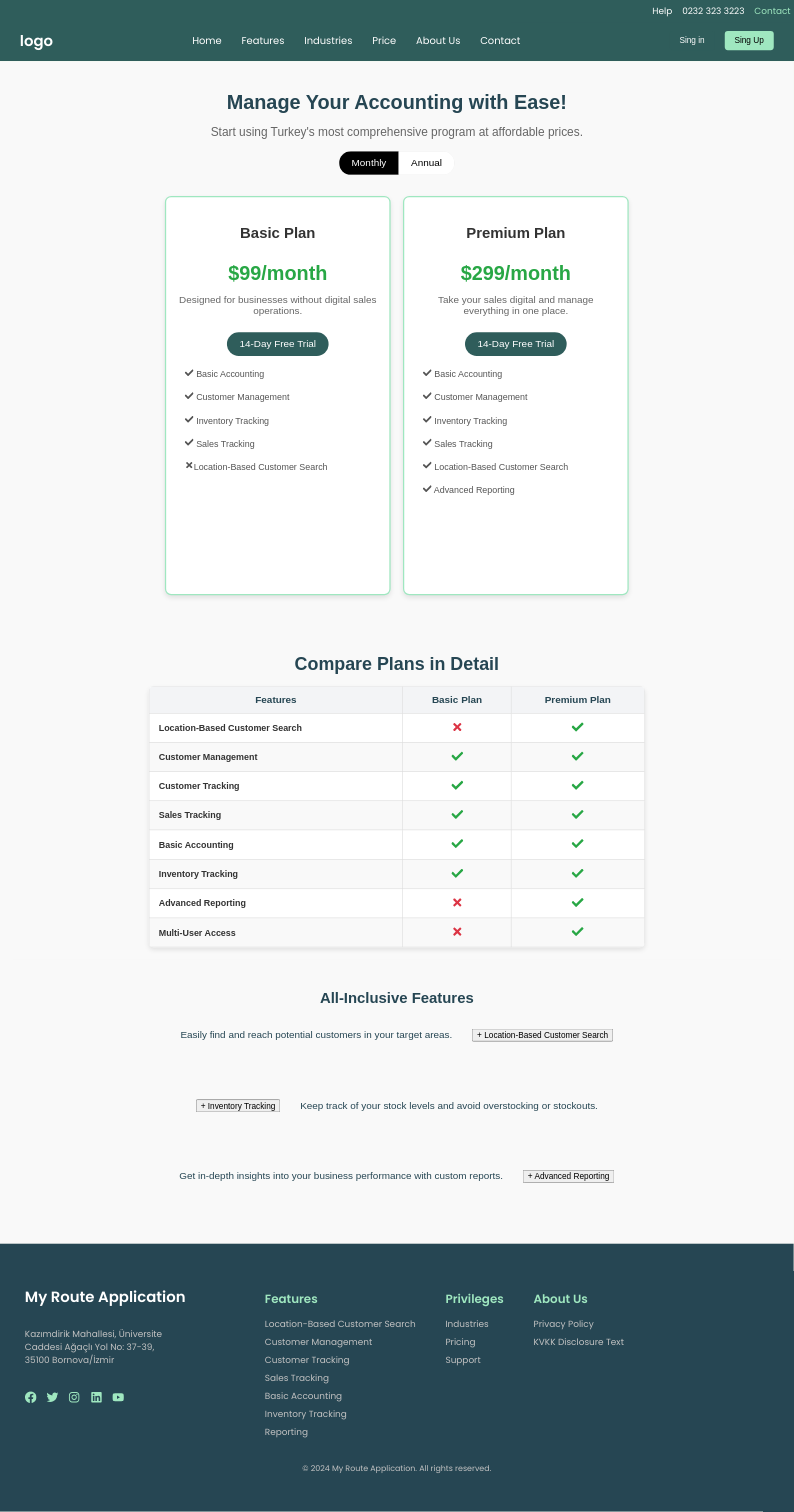
Repository: senolinanyasar/myrouteapplication
Page: /pricing
These files come from the project's save history. The page is drawn as it stood at one moment and after the next save; the edit follows.
The browser window is 1280 px wide. The pictures show the whole page, at 62% of full size.
The project was rebuilt for these pictures with package versions that can differ from the ones it lists, and the page was loaded fresh each time. Also part of the build but not shown: vite.config.js, src/components/HeroSection.css, src/components/HeroSection.js, src/components/FeaturesSection.js, src/components/PricingSection.css, src/components/PricingSection.js, src/components/SupportSection.css, src/components/SupportSection.js and 3 more.

Above is the page before, as saved 2024-11-16 22:11:32.

After the next save:
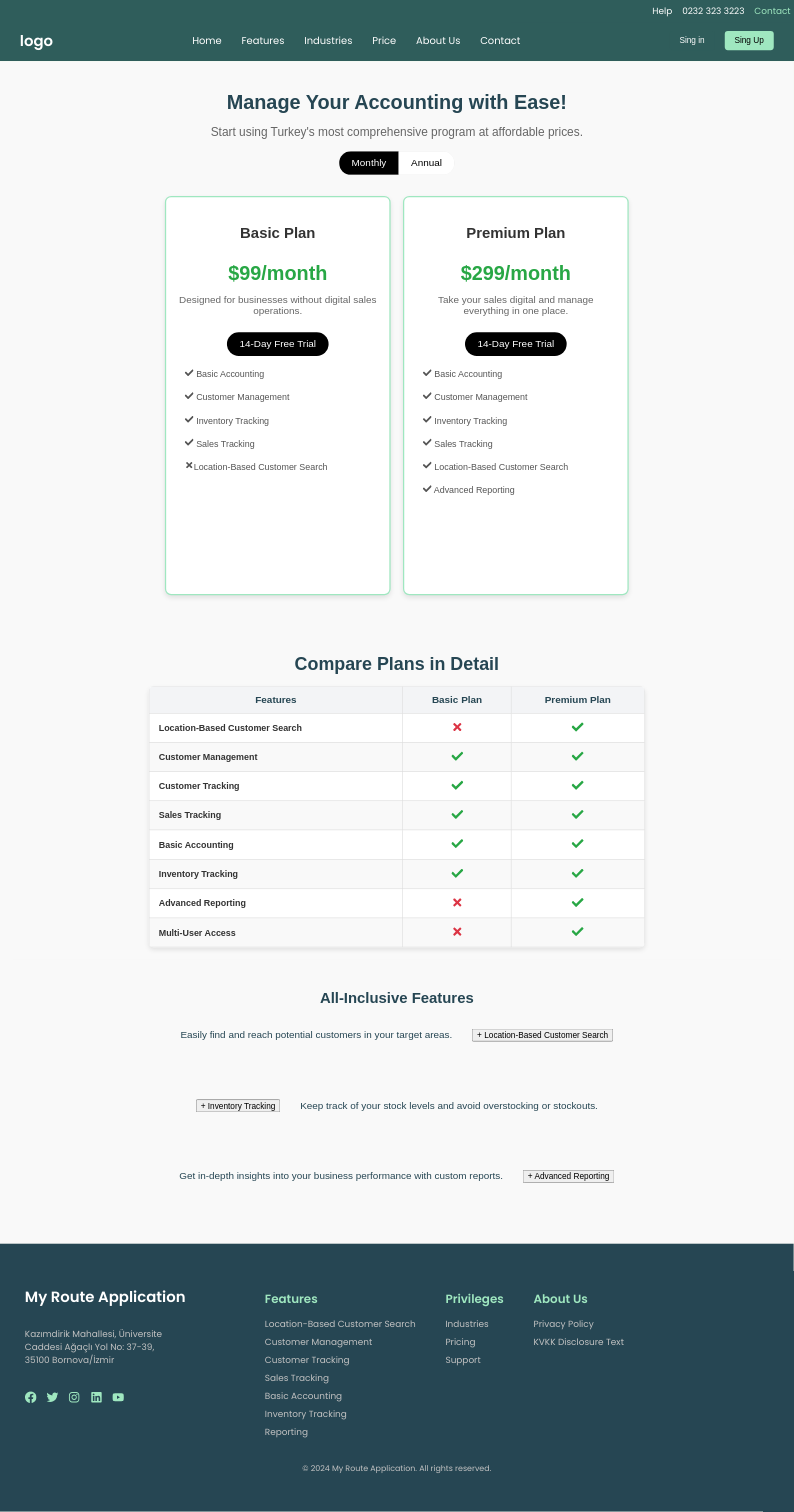
Saved 64 s later.
--- a/src/components/PricingPage.css
+++ b/src/components/PricingPage.css
@@ -106,7 +106,7 @@
 }
 
 .try-button{
-    background: #2f5d5b;
+    background: #000;
     color: #fff;
     padding: 10px 20px;
     border: none;
@@ -118,7 +118,7 @@
 }
 
 .try-button:hover{
-    background: #9fe7c0;
+    background: #fff;
 }
 .basic-plan{
     border: 2px solid #9fe7c0;

After the save that followed:
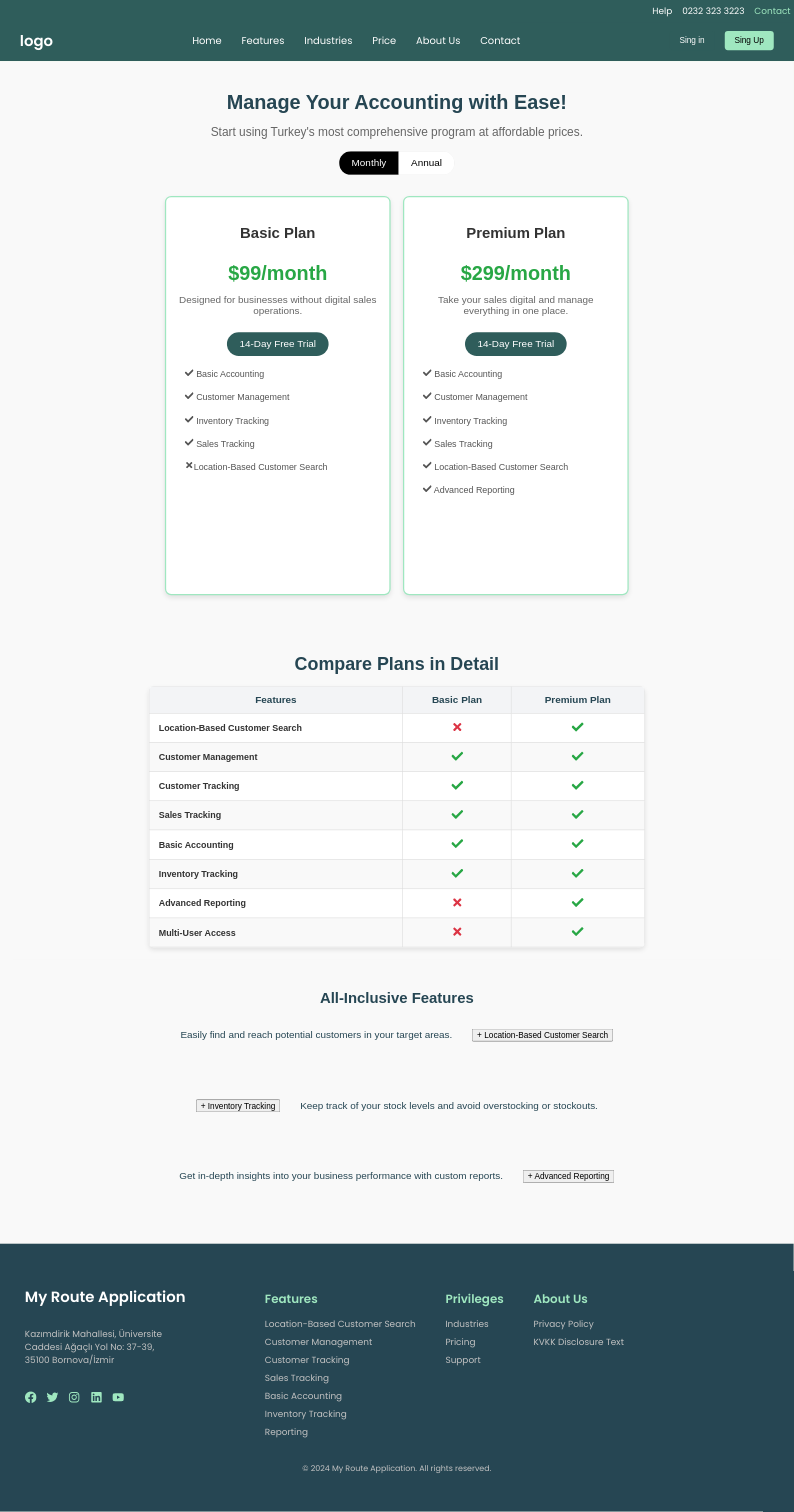
Saved 9 s later.
--- a/src/components/PricingPage.css
+++ b/src/components/PricingPage.css
@@ -106,7 +106,7 @@
 }
 
 .try-button{
-    background: #000;
+    background: #2f5d5b;
     color: #fff;
     padding: 10px 20px;
     border: none;
@@ -118,7 +118,7 @@
 }
 
 .try-button:hover{
-    background: #fff;
+    background: #9fe7c0;
 }
 .basic-plan{
     border: 2px solid #9fe7c0;
